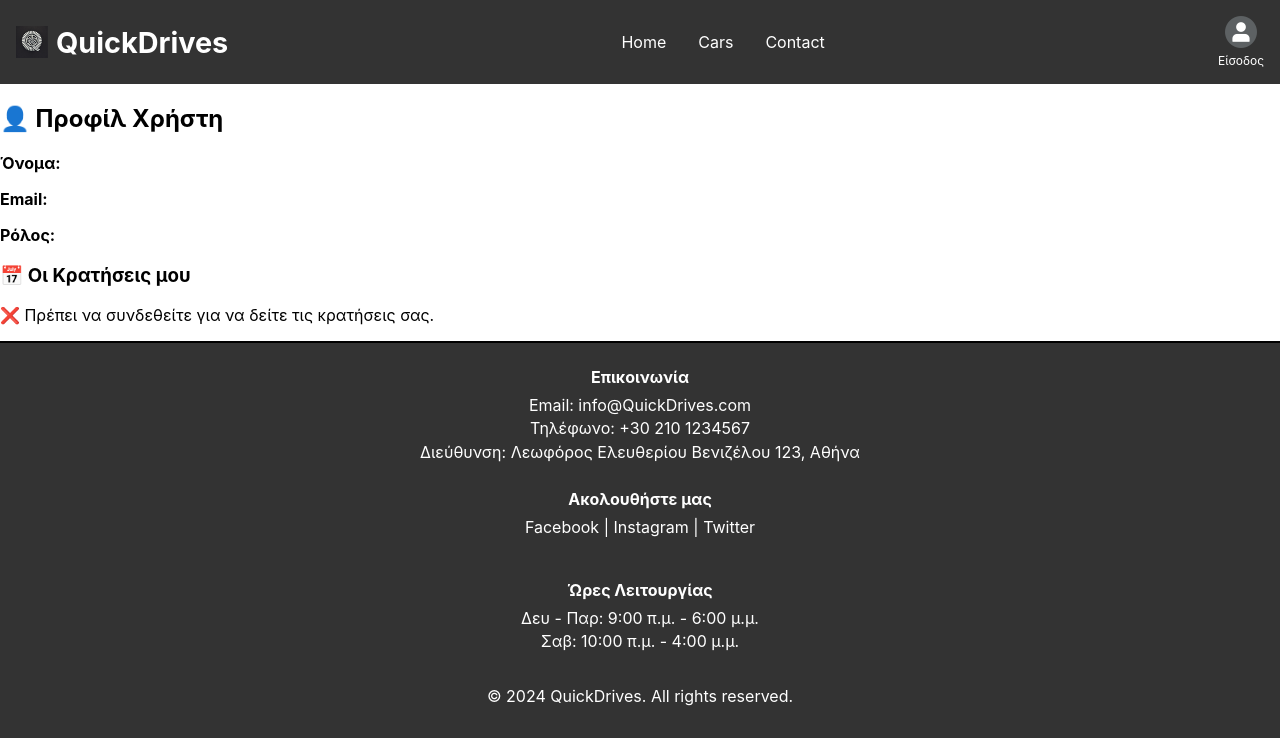
Repository: MarkelloZ/QuickDrives
Page: /dashboard (app in QuickDrives-main/)
These files come from the project's save history. The page is drawn as it stood at one moment and after the next save; the edit follows.
The browser window is 1280 px wide. The pictures show the whole page.
The project was rebuilt for these pictures with package versions that can differ from the ones it lists, and the page was loaded fresh each time. Also part of the build but not shown: QuickDrives-main/src/components/Banner.css, QuickDrives-main/src/components/Banner.js, QuickDrives-main/src/pages/Auth.css, QuickDrives-main/src/pages/LoginPage.js, QuickDrives-main/src/pages/SignupPage.js, QuickDrives-main/src/pages/Contact.css, QuickDrives-main/src/pages/ContactPage.js, QuickDrives-main/src/pages/RentForm.css and 3 more.

Above is the page before, as saved 2025-02-26 23:44:21.

After the next save:
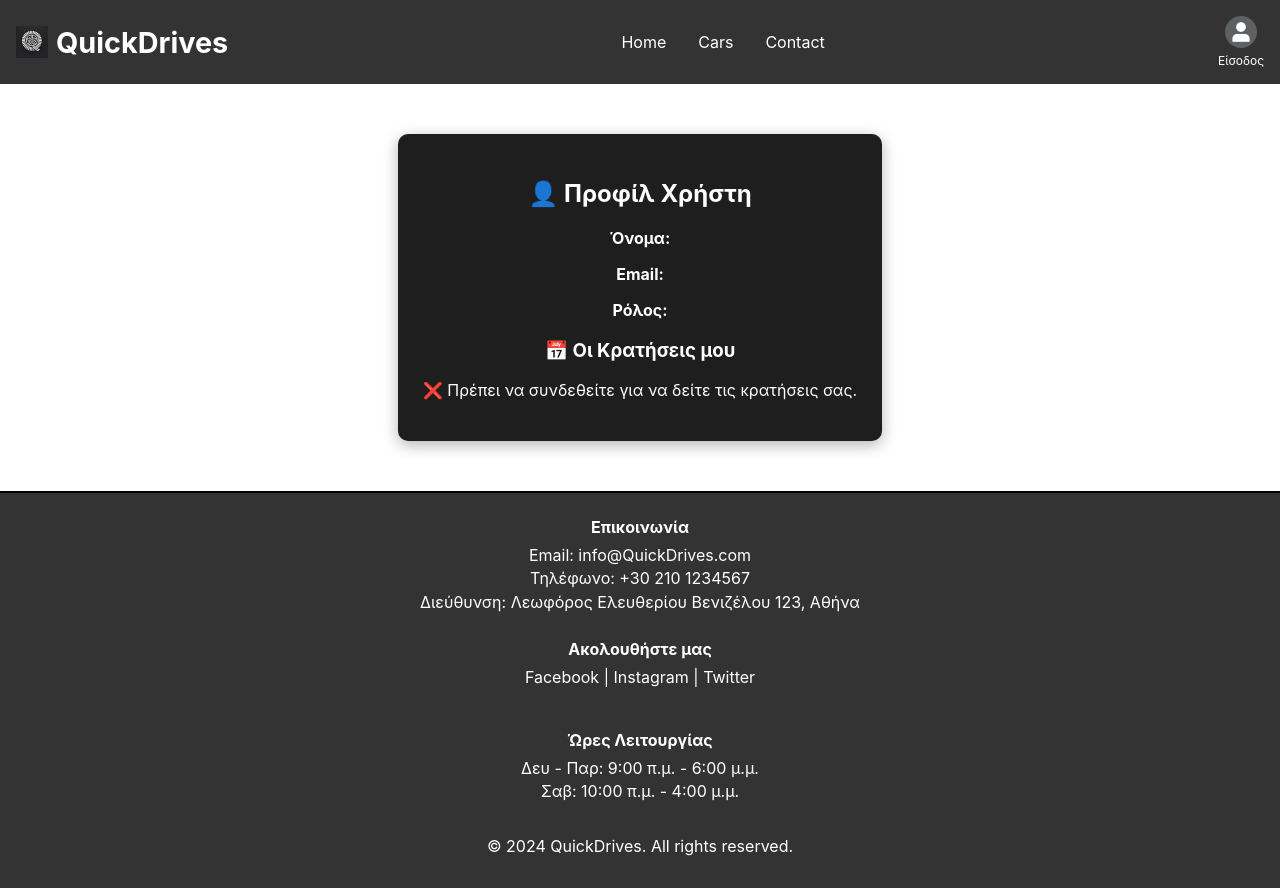
Saved 8 s later.
--- a/QuickDrives-main/src/pages/DashboardPage.css
+++ b/QuickDrives-main/src/pages/DashboardPage.css
@@ -1,79 +1,41 @@
-/* 🔹 Στυλ αποκλειστικά για το Dashboard */
-.dashboard-container {
-    display: flex;
-    flex-direction: column;
-    justify-content: flex-start; /* Μετακινεί το dashboard πιο ψηλά */
-    align-items: center;
-    min-height: 100vh;
-    background-color: #2b2b2b; /* Σκούρο γκρι ΜΟΝΟ για το Dashboard */
-    padding-top: 50px;
+.dashboard {
+    max-width: 700px;
+    margin: 50px auto;
+    padding: 25px;
+    background: #1e1e1e;
+    border-radius: 10px;
+    box-shadow: 0px 4px 15px rgba(0, 0, 0, 0.3);
+    color: white;
+    text-align: center;
 }
 
-/* 🔹 Κεντράρουμε το Dashboard */
-.dashboard-page {
-    max-width: 600px;
-    width: 90%;
-    padding: 20px;
-    background: #3a3a3a; /* Σκούρο γκρι */
-    border-radius: 10px;
-    box-shadow: 0px 4px 10px rgba(134, 125, 125, 0.1);
-    text-align: center;
-    color: #fff; /* ✅ Όλα τα γράμματα γίνονται λευκά */
-}
-
-/* 🔹 Στυλ για τους τίτλους */
-.dashboard-page h2 {
-    color: #fff; /* ✅ Λευκός τίτλος */
-    font-weight: bold;
-}
-
-/* 🔹 Στυλ για τα υπόλοιπα κείμενα */
-.dashboard-page p,
-.dashboard-page strong {
-    color: #fff; /* ✅ Λευκά όλα τα κείμενα */
-}
-
-/* 🔹 Λίστα κρατήσεων */
-.dashboard-page ul {
+.reservation-list {
     list-style: none;
     padding: 0;
 }
 
-.dashboard-page li {
-    background: #555;
+.reservation-item {
+    display: flex;
+    align-items: center;
+    background: #333;
     padding: 10px;
-    margin: 10px 0;
+    margin: 15px 0;
     border-radius: 5px;
-    color: #fff; /* ✅ Λευκό κείμενο στις κρατήσεις */
 }
 
-/* 🔹 Κουμπί Αποσύνδεσης */
-.logout-button {
-    background-color: #ff4d4d;
-    color: white;
-    font-size: 16px;
-    border: none;
-    padding: 10px 20px;
+.car-image {
+    width: 80px;
+    height: 50px;
+    object-fit: cover;
+    margin-right: 15px;
     border-radius: 5px;
-    cursor: pointer;
-    margin-top: 20px;
-    transition: background-color 0.3s;
-    display: block;
-    width: 100%;
-    text-align: center;
 }
 
-.logout-button:hover {
-    background-color: #cc0000;
+.reservation-details {
+    text-align: left;
 }
 
-/* 🔹 Το Footer ΜΟΝΟ στο Dashboard στο κάτω μέρος */
-.dashboard-container .site-footer {
-    background-color: #1a1a1a;
-    color: #fff;
-    text-align: center;
-    padding: 20px;
-    position: fixed;
-    bottom: 0;
-    width: 100%;
+.reservation-details p {
+    margin: 5px 0;
+    color: #ddd;
 }

After the save that followed:
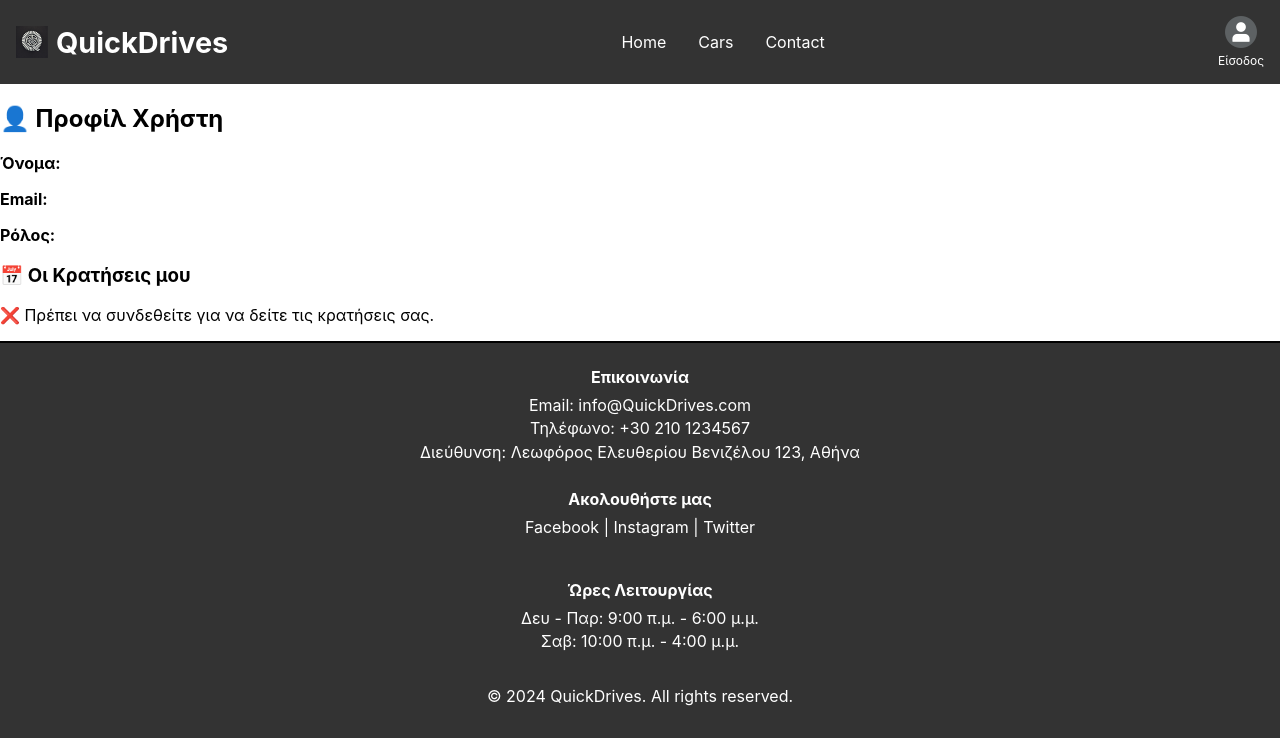
Saved 119 s later.
--- a/QuickDrives-main/src/pages/DashboardPage.css
+++ b/QuickDrives-main/src/pages/DashboardPage.css
@@ -1,41 +1,79 @@
-.dashboard {
-    max-width: 700px;
-    margin: 50px auto;
-    padding: 25px;
-    background: #1e1e1e;
-    border-radius: 10px;
-    box-shadow: 0px 4px 15px rgba(0, 0, 0, 0.3);
-    color: white;
-    text-align: center;
+/* 🔹 Στυλ αποκλειστικά για το Dashboard */
+.dashboard-container {
+    display: flex;
+    flex-direction: column;
+    justify-content: flex-start; /* Μετακινεί το dashboard πιο ψηλά */
+    align-items: center;
+    min-height: 100vh;
+    background-color: #2b2b2b; /* Σκούρο γκρι ΜΟΝΟ για το Dashboard */
+    padding-top: 50px;
 }
 
-.reservation-list {
+/* 🔹 Κεντράρουμε το Dashboard */
+.dashboard-page {
+    max-width: 600px;
+    width: 90%;
+    padding: 20px;
+    background: #3a3a3a; /* Σκούρο γκρι */
+    border-radius: 10px;
+    box-shadow: 0px 4px 10px rgba(134, 125, 125, 0.1);
+    text-align: center;
+    color: #fff; /* ✅ Όλα τα γράμματα γίνονται λευκά */
+}
+
+/* 🔹 Στυλ για τους τίτλους */
+.dashboard-page h2 {
+    color: #fff; /* ✅ Λευκός τίτλος */
+    font-weight: bold;
+}
+
+/* 🔹 Στυλ για τα υπόλοιπα κείμενα */
+.dashboard-page p,
+.dashboard-page strong {
+    color: #fff; /* ✅ Λευκά όλα τα κείμενα */
+}
+
+/* 🔹 Λίστα κρατήσεων */
+.dashboard-page ul {
     list-style: none;
     padding: 0;
 }
 
-.reservation-item {
-    display: flex;
-    align-items: center;
-    background: #333;
+.dashboard-page li {
+    background: #555;
     padding: 10px;
-    margin: 15px 0;
+    margin: 10px 0;
     border-radius: 5px;
+    color: #fff; /* ✅ Λευκό κείμενο στις κρατήσεις */
 }
 
-.car-image {
-    width: 80px;
-    height: 50px;
-    object-fit: cover;
-    margin-right: 15px;
+/* 🔹 Κουμπί Αποσύνδεσης */
+.logout-button {
+    background-color: #ff4d4d;
+    color: white;
+    font-size: 16px;
+    border: none;
+    padding: 10px 20px;
     border-radius: 5px;
+    cursor: pointer;
+    margin-top: 20px;
+    transition: background-color 0.3s;
+    display: block;
+    width: 100%;
+    text-align: center;
 }
 
-.reservation-details {
-    text-align: left;
+.logout-button:hover {
+    background-color: #cc0000;
 }
 
-.reservation-details p {
-    margin: 5px 0;
-    color: #ddd;
+/* 🔹 Το Footer ΜΟΝΟ στο Dashboard στο κάτω μέρος */
+.dashboard-container .site-footer {
+    background-color: #1a1a1a;
+    color: #fff;
+    text-align: center;
+    padding: 20px;
+    position: fixed;
+    bottom: 0;
+    width: 100%;
 }
